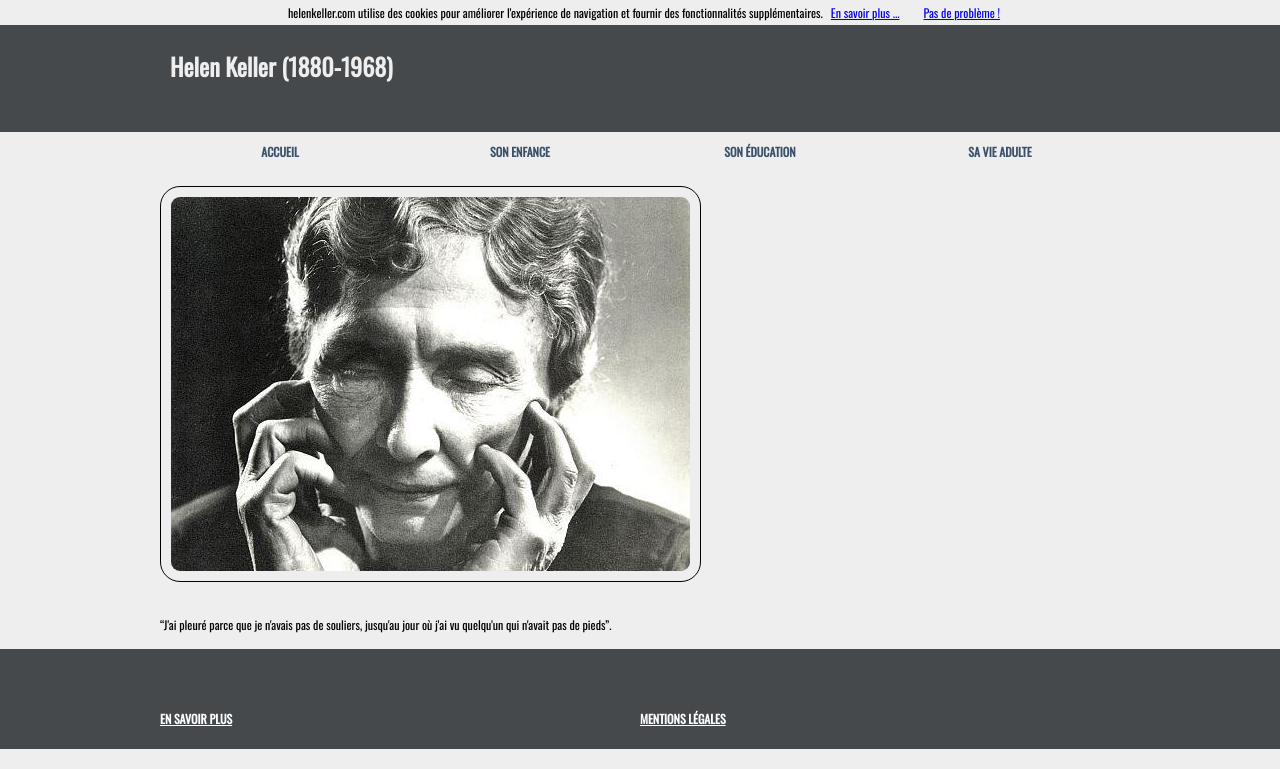
Repository: Luc010/Exercices
Page: HTML CSS/biographie_helen_keller/index.html
The author's editor kept a copy of each file at every save. The page is drawn from the files as they stood at one save, then again after the next save.
The browser window is 1280 px wide. The pictures show the whole page.

Above is the page before, as saved 2019-09-05 14:53:20.

### HTML CSS/biographie_helen_keller/index.html
<!DOCTYPE html>
<html lang="fr">
<head>
    <title>Biographie Helen Keller - Accueil</title>
    <meta charset="UTF-8">
    <meta name="viewport" content="width=device-width, initial-scale=1.0">
    <meta http-equiv="X-UA-Compatible" content="ie=edge">
    <link href="style.css" rel="stylesheet">
</head>
<body>
    <header>
        <div class="container">
            <h1>Helen Keller (1880-1968)</h1>
        </div>
    </header>
    <nav>
        <ul>
            <li><a href="index.html">Accueil</a></li>
            <li><a href="enfance.html">Son enfance</a></li>
            <li><a href="education.html">Son éducation</a></li>
            <li><a href="adulte.html">Sa vie adulte</a></li>
        </ul>
    </nav>
    <main>
        <div class="container">
            <p><img src="img/hk.jpg" alt="helen Keller portrait"></p>
            <p>“J'ai pleuré parce que je n'avais pas de souliers, jusqu'au jour où j'ai vu quelqu'un qui n'avait pas de
                pieds”.
            </p>
        </div>
    </main>
    <footer>
        <div class="container">
            <!-- ul>li*5>a{lien$} -->
            <ul>
                <li class="m-foot"><a href="savoirplus.html">En savoir plus</a></li>
                <li class="m-foot"><a href="mentions.html">Mentions légales</a></li>
            </ul>
        </div>
    </footer>
    <script src="cookiechoices.js"></script>
    <script>document.addEventListener('DOMContentLoaded', function(event) {
        cookieChoices.showCookieConsentBar('helenkeller.com utilise des cookies pour améliorer l\'expérience de navigation et fournir des fonctionnalités supplémentaires.',
          'Pas de problème !', 'En savoir plus ...', 'http://127.0.0.1:5500/biographie_helen_keller/adulte.html');
      });
    </script>
</body>
</html>

### HTML CSS/biographie_helen_keller/style.css
@import url('https://fonts.googleapis.com/css?family=Oswald&display=swap');
body{
    margin: 0;
    padding: 0;
    background-color: #eee;
    font-size: 12px;
    font-family: 'Oswald',corbel,calibri,sans-serif;
}
header, footer{
    background-color: #46494c;
    min-height: 100px;
    line-height: 100px;
    margin-left: auto;
    margin-right: auto;
}
h1{
    color: #eee;
    text-indent: 10px;
}
h2{
    color: black;
    border-bottom: 1px solid black;
}
h3{
    color: grey;
}
p{
    /* Pourcentage plus simple à gérer, interligne (utilité: bcp de text) */
    line-height:200%;
}
img{
    border: 1px solid black;
    border-radius: 20px;
    padding: 10px;
}
.container {
    display: flex;
    flex-direction: column;
    width: 960px;
    margin-left: auto;
    margin-right: auto;
}
nav {
    min-height: 40px;
    position: sticky;
    top: 0;
    width: 960px;
    margin-left: auto;
    margin-right: auto;
}
ul, li {
    margin: 0;
    padding: 0;
    list-style: none;
}
ul {
    display: flex;
}
li {
    width: 100%;
    margin-bottom: 2px;
    height: 40px;
    font-weight: bold;
    text-transform: uppercase;
}
nav > ul > li >a{
    color: #3a506b;
    text-decoration: none;
    display: block;
    height: 40px;
    line-height: 40px;
    text-align: center;
    background-color: #eee;
}
nav > ul > li > a:hover {
    color: white;
    background-color: #4c5c68;
}
.m-foot{
    margin-top: 20px;
}
.m-foot > a{
    background-color: transparent;
    color: white;
}
.m-foot > a:hover{
    background-color: transparent;
    border-bottom: white 2px solid;
}

### HTML CSS/biographie_helen_keller/cookiechoices.js
/*
 Copyright 2014 Google Inc. All rights reserved.

 Licensed under the Apache License, Version 2.0 (the "License");
 you may not use this file except in compliance with the License.
 You may obtain a copy of the License at

 http://www.apache.org/licenses/LICENSE-2.0

 Unless required by applicable law or agreed to in writing, software
 distributed under the License is distributed on an "AS IS" BASIS,
 WITHOUT WARRANTIES OR CONDITIONS OF ANY KIND, either express or implied.
 See the License for the specific language governing permissions and
 limitations under the License.
 */

(function(window) {

  if (!!window.cookieChoices) {
    return window.cookieChoices;
  }

  var document = window.document;
  // IE8 does not support textContent, so we should fallback to innerText.
  var supportsTextContent = 'textContent' in document.body;

  var cookieChoices = (function() {

    var cookieName = 'displayCookieConsent';
    var cookieConsentId = 'cookieChoiceInfo';
    var dismissLinkId = 'cookieChoiceDismiss';

    function _createHeaderElement(cookieText, dismissText, linkText, linkHref) {
      var butterBarStyles = 'position:fixed;width:100%;background-color:#eee;' +
          'margin:0; left:0; top:0;padding:4px;z-index:1000;text-align:center;';

      var cookieConsentElement = document.createElement('div');
      cookieConsentElement.id = cookieConsentId;
      cookieConsentElement.style.cssText = butterBarStyles;
      cookieConsentElement.appendChild(_createConsentText(cookieText));

      if (!!linkText && !!linkHref) {
        cookieConsentElement.appendChild(_createInformationLink(linkText, linkHref));
      }
      cookieConsentElement.appendChild(_createDismissLink(dismissText));
      return cookieConsentElement;
    }

    function _createDialogElement(cookieText, dismissText, linkText, linkHref) {
      var glassStyle = 'position:fixed;width:100%;height:100%;z-index:999;' +
          'top:0;left:0;opacity:0.5;filter:alpha(opacity=50);' +
          'background-color:#ccc;';
      var dialogStyle = 'z-index:1000;position:fixed;left:50%;top:50%';
      var contentStyle = 'position:relative;left:-50%;margin-top:-25%;' +
          'background-color:#fff;padding:20px;box-shadow:4px 4px 25px #888;';

      var cookieConsentElement = document.createElement('div');
      cookieConsentElement.id = cookieConsentId;

      var glassPanel = document.createElement('div');
      glassPanel.style.cssText = glassStyle;

      var content = document.createElement('div');
      content.style.cssText = contentStyle;

      var dialog = document.createElement('div');
      dialog.style.cssText = dialogStyle;

      var dismissLink = _createDismissLink(dismissText);
      dismissLink.style.display = 'block';
      dismissLink.style.textAlign = 'right';
      dismissLink.style.marginTop = '8px';

      content.appendChild(_createConsentText(cookieText));
      if (!!linkText && !!linkHref) {
        content.appendChild(_createInformationLink(linkText, linkHref));
      }
      content.appendChild(dismissLink);
      dialog.appendChild(content);
      cookieConsentElement.appendChild(glassPanel);
      cookieConsentElement.appendChild(dialog);
      return cookieConsentElement;
    }

    function _setElementText(element, text) {
      if (supportsTextContent) {
        element.textContent = text;
      } else {
        element.innerText = text;
      }
    }

    function _createConsentText(cookieText) {
      var consentText = document.createElement('span');
      _setElementText(consentText, cookieText);
      return consentText;
    }

    function _createDismissLink(dismissText) {
      var dismissLink = document.createElement('a');
      _setElementText(dismissLink, dismissText);
      dismissLink.id = dismissLinkId;
      dismissLink.href = '#';
      dismissLink.style.marginLeft = '24px';
      return dismissLink;
    }

    function _createInformationLink(linkText, linkHref) {
      var infoLink = document.createElement('a');
      _setElementText(infoLink, linkText);
      infoLink.href = linkHref;
      infoLink.target = '_blank';
      infoLink.style.marginLeft = '8px';
      return infoLink;
    }

    function _dismissLinkClick() {
      _saveUserPreference();
      _removeCookieConsent();
      return false;
    }

    function _showCookieConsent(cookieText, dismissText, linkText, linkHref, isDialog) {
      if (_shouldDisplayConsent()) {
        _removeCookieConsent();
        var consentElement = (isDialog) ?
            _createDialogElement(cookieText, dismissText, linkText, linkHref) :
            _createHeaderElement(cookieText, dismissText, linkText, linkHref);
        var fragment = document.createDocumentFragment();
        fragment.appendChild(consentElement);
        document.body.appendChild(fragment.cloneNode(true));
        document.getElementById(dismissLinkId).onclick = _dismissLinkClick;
      }
    }

    function showCookieConsentBar(cookieText, dismissText, linkText, linkHref) {
      _showCookieConsent(cookieText, dismissText, linkText, linkHref, false);
    }

    function showCookieConsentDialog(cookieText, dismissText, linkText, linkHref) {
      _showCookieConsent(cookieText, dismissText, linkText, linkHref, true);
    }

    function _removeCookieConsent() {
      var cookieChoiceElement = document.getElementById(cookieConsentId);
      if (cookieChoiceElement != null) {
        cookieChoiceElement.parentNode.removeChild(cookieChoiceElement);
      }
    }

    function _saveUserPreference() {
      // Set the cookie expiry to one year after today.
      var expiryDate = new Date();
      expiryDate.setFullYear(expiryDate.getFullYear() + 1);
      document.cookie = cookieName + '=y; expires=' + expiryDate.toGMTString();
    }

    function _shouldDisplayConsent() {
      // Display the header only if the cookie has not been set.
      return !document.cookie.match(new RegExp(cookieName + '=([^;]+)'));
    }

    var exports = {};
    exports.showCookieConsentBar = showCookieConsentBar;
    exports.showCookieConsentDialog = showCookieConsentDialog;
    return exports;
  })();

  window.cookieChoices = cookieChoices;
  return cookieChoices;
})(this);

After the next save:
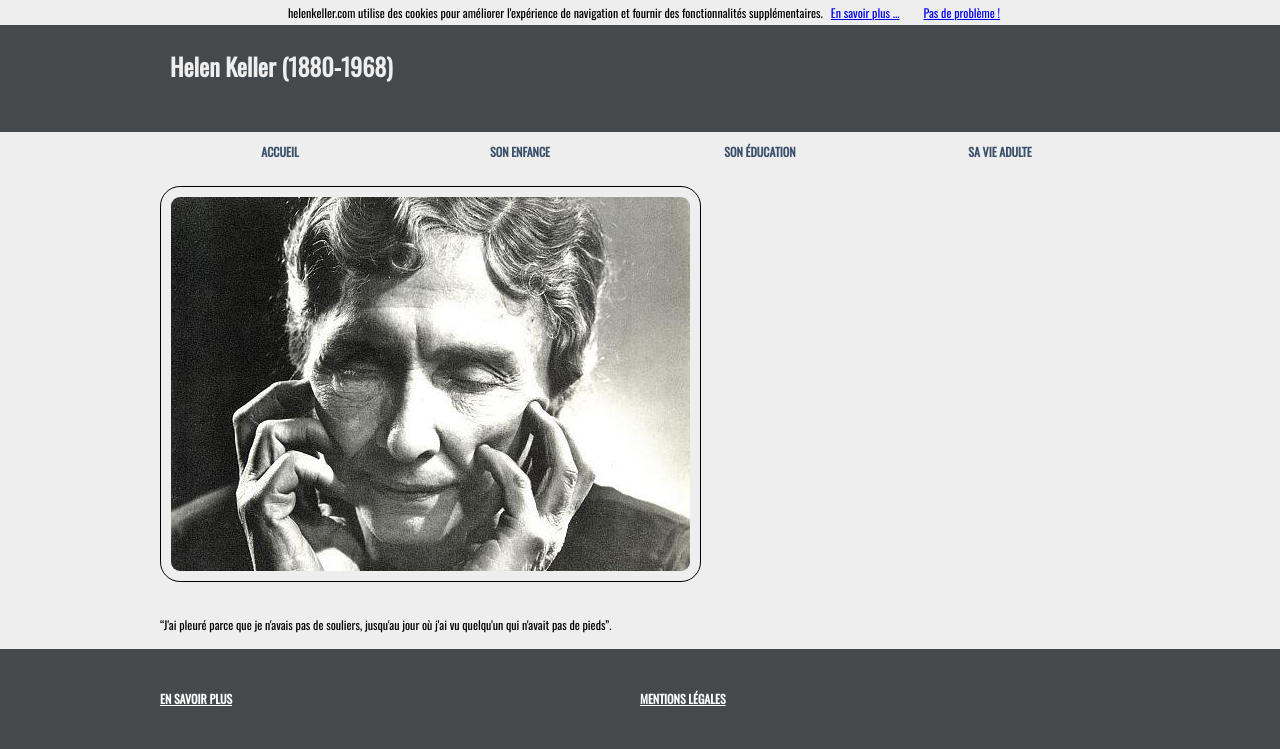
Saved 2 min 26 s later.
--- a/HTML CSS/biographie_helen_keller/style.css
+++ b/HTML CSS/biographie_helen_keller/style.css
@@ -76,9 +76,6 @@
     color: white;
     background-color: #4c5c68;
 }
-.m-foot{
-    margin-top: 20px;
-}
 .m-foot > a{
     background-color: transparent;
     color: white;
